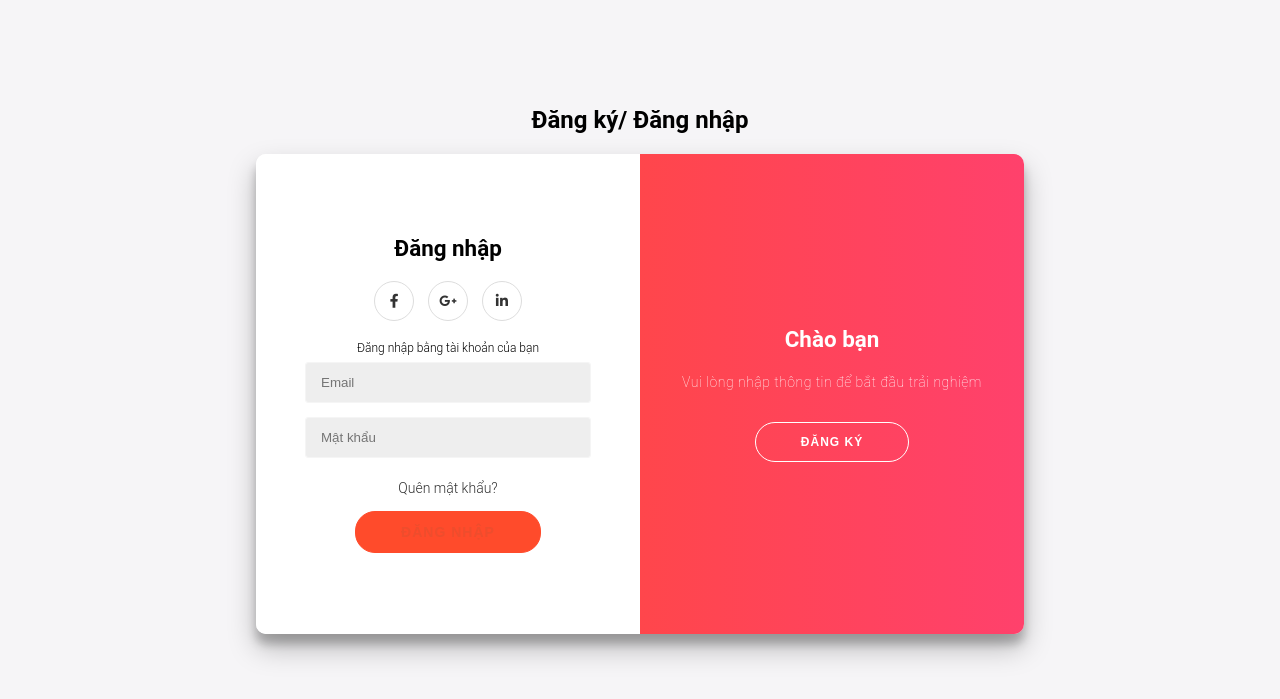
Repository: Qson412/BTL_Web
Page: test.html
These files come from the project's save history. The page is drawn as it stood at one moment and after the next save; the edit follows.
The browser window is 1280 px wide. The pictures show the whole page.

Above is the page before, as saved 2021-12-02 08:49:07.

### test.html
<!DOCTYPE html>
<html lang="en">
<head>
    <meta charset="UTF-8">
    <meta http-equiv="X-UA-Compatible" content="IE=edge">
    <meta name="viewport" content="width=device-width, initial-scale=1.0">
    <link rel="stylesheet" href="test.css">
    <link rel="stylesheet" href="main.css">
    <link rel="stylesheet" href="./base.css">
    <link rel="stylesheet" href="./fontawesome-free-5.15.4-web/css/all.min.css">
    <title>Đăng ký/Đăng nhập</title>
</head>
<body>

    <h2>Đăng ký/ Đăng nhập</h2>
    <div class="container" id="container">
        <div class="form-container sign-up-container">
            <form action="#">
                <h1>Tạo tài khoản</h1>
                <div class="social-container">
                    <a href="#" class="social"><i class="fab fa-facebook-f"></i></a>
                    <a href="#" class="social"><i class="fab fa-google-plus-g"></i></a>
                    <a href="#" class="social"><i class="fab fa-linkedin-in"></i></a>
                </div>
                <span>hoặc đăng ký bằng email</span>
                <input type="text" placeholder="Tên đăng nhập" />
                <input type="email" placeholder="Email" />
                <input type="password" placeholder="Nhập mật khẩu" />
                <input type="password" placeholder="Nhập lại mật khẩu" />
                <button><a href="index.html" class="register__login">Đăng ký</a> </button>
            </form>
        </div>
        <div class="form-container sign-in-container">
            <form action="#">
                <h1>Đăng nhập</h1>
                <div class="social-container">
                    <a href="#" class="social"><i class="fab fa-facebook-f"></i></a>
                    <a href="#" class="social"><i class="fab fa-google-plus-g"></i></a>
                    <a href="#" class="social"><i class="fab fa-linkedin-in"></i></a>
                </div>
                <span>Đăng nhập bằng tài khoản của bạn</span>
                <input type="email" placeholder="Email" />
                <input type="password" placeholder="Mật khẩu" />
                <a href="#">Quên mật khẩu?</a>
                <button><a href="./index.html" class="register__login">Đăng nhập</a> </button>
            </form>
        </div>
        <div class="overlay-container">
            <div class="overlay">
                <div class="overlay-panel overlay-left">
                    <h1>Chào mừng quay lại</h1>
                    <p>Vui lòng điền thông tin của bạn để tạo tài khoản</p>
                    <button class="ghost" id="signIn">Đăng nhập</button>
                </div>
                <div class="overlay-panel overlay-right">
                    <h1>Chào bạn</h1>
                    <p>Vui lòng nhập thông tin để bắt đầu trải nghiệm</p>
                    <button class="ghost" id="signUp">Đăng ký</button>
                </div>
            </div>
        </div>
    </div>
    <script>
        const signUpButton = document.getElementById('signUp');
        const signInButton = document.getElementById('signIn');
        const container = document.getElementById('container');

        signUpButton.addEventListener('click', () => {
            container.classList.add('right-panel-active');
        });

        signInButton.addEventListener('click', () => {
            container.classList.remove('right-panel-active');
        });
    </script>
</body>
</html>

### test.css
@import url('https://fonts.googleapis.com/css?family=Montserrat:400,800');

* {
    box-sizing: border-box;
}

body {
    background: #f6f5f7;
    display: flex;
    justify-content: center;
    align-items: center;
    flex-direction: column;
    font-family: 'Montserrat', sans-serif;
    height: 100vh;
    margin: -20px 0 50px;
}

h1 {
    font-size: 1.4rem;
    font-weight: bold;
    margin: 0;
}

h2 {
    text-align: center;
}

p {
    font-size: 14px;
    font-weight: 100;
    line-height: 20px;
    letter-spacing: 0.5px;
    margin: 20px 0 30px;
}

span {
    font-size: 12px;
}

a {
    color: #333;
    font-size: 14px;
    text-decoration: none;
    margin: 15px 0;

}

button {
    border-radius: 20px;
    border: 1px solid #FF4B2B;
    background-color: #FF4B2B;
    color: #FFFFFF;
    font-size: 12px;
    font-weight: bold;
    padding: 12px 45px;
    letter-spacing: 1px;
    text-transform: uppercase;
    transition: transform 80ms ease-in;
}

button:active {
    transform: scale(0.95);
}

button:focus {
    outline: none;
}

button.ghost {
    background-color: transparent;
    border-color: #FFFFFF;
}

form {
    background-color: #FFFFFF;
    display: flex;
    align-items: center;
    justify-content: center;
    flex-direction: column;
    padding: 0 50px;
    height: 100%;
    text-align: center;
}

input {
    border-radius: 2px;
    outline: 1px solid #f5f5f5;
    background-color: #eee;
    border: none;
    padding: 12px 15px;
    margin: 8px 0;
    width: 100%;
}

.container {
    background-color: #fff;
    border-radius: 10px;
    box-shadow: 0 14px 28px rgba(0, 0, 0, 0.25),
        0 10px 10px rgba(0, 0, 0, 0.22);
    position: relative;
    overflow: hidden;
    width: 768px;
    max-width: 100%;
    min-height: 480px;
}

.form-container {
    position: absolute;
    top: 0;
    height: 100%;
    transition: all 0.6s ease-in-out;
}

.sign-in-container {
    left: 0;
    width: 50%;
    z-index: 2;
}

.container.right-panel-active .sign-in-container {
    transform: translateX(100%);
}

.sign-up-container {
    left: 0;
    width: 50%;
    opacity: 0;
    z-index: 1;
}

.container.right-panel-active .sign-up-container {
    transform: translateX(100%);
    opacity: 1;
    z-index: 5;
    animation: show 0.6s;
}

@keyframes show {

    0%,
    49.99% {
        opacity: 0;
        z-index: 1;
    }

    50%,
    100% {
        opacity: 1;
        z-index: 5;
    }
}

.overlay-container {
    position: absolute;
    top: 0;
    left: 50%;
    width: 50%;
    height: 100%;
    overflow: hidden;
    transition: transform 0.6s ease-in-out;
    z-index: 100;
}

.container.right-panel-active .overlay-container {
    transform: translateX(-100%);
}

.overlay {
    background: #FF416C;
    background: -webkit-linear-gradient(to right, #FF4B2B, #FF416C);
    background: linear-gradient(to right, #FF4B2B, #FF416C);
    background-repeat: no-repeat;
    background-size: cover;
    background-position: 0 0;
    color: #FFFFFF;
    position: relative;
    left: -100%;
    height: 100%;
    width: 200%;
    transform: translateX(0);
    transition: transform 0.6s ease-in-out;
}

.container.right-panel-active .overlay {
    transform: translateX(50%);
}

.overlay-panel {
    position: absolute;
    display: flex;
    align-items: center;
    justify-content: center;
    flex-direction: column;
    padding: 0 40px;
    text-align: center;
    top: 0;
    height: 100%;
    width: 50%;
    transform: translateX(0);
    transition: transform 0.6s ease-in-out;
}

.overlay-left {
    transform: translateX(-20%);
}

.container.right-panel-active .overlay-left {
    transform: translateX(0);
}

.overlay-right {
    right: 0;
    transform: translateX(0);
}

.container.right-panel-active .overlay-right {
    transform: translateX(20%);
}

.social-container {
    margin: 20px 0;
}

.social-container a {
    border: 1px solid #DDDDDD;
    border-radius: 50%;
    display: inline-flex;
    justify-content: center;
    align-items: center;
    margin: 0 5px;
    height: 40px;
    width: 40px;
}
.register__login{
    text-decoration: none;
    color: var(--primary-color);
}
footer {
    background-color: #222;
    color: #fff;
    font-size: 14px;
    bottom: 0;
    position: fixed;
    left: 0;
    right: 0;
    text-align: center;
    z-index: 999;
}

footer p {
    margin: 10px 0;
}

footer i {
    color: red;
}

footer a {
    color: #3c97bf;
    text-decoration: none;
}

### base.css
body{
    margin: 0;
    padding: 0;
    font-family: 'Roboto' , sans-serif;
    font-weight: 300;
}
/* Responsive */
.grid{
    width: 1200px;
    max-width: 100%;
    margin: 0 auto;
}

.grid__full-width{
    width: 100%;
}

.grid__row{
    display: flex;
    /* flex-wrap: wrap; */
    margin-left: -5px;
    margin-right: -5px;
}


/* Test */
.grid__column-2{
    padding-left: 5px;
    padding-right: 5px;
    width: 16.6667%;
}

.grid__column-2-4{
    padding-left: 5px;
    padding-right: 5px;
    width: 20%;
}
.grid__column-10{
    padding-left: 5px;
    padding-right: 5px;
    width: 83.3334%;

}
/* Animation */
@keyframes fadeIn{
    from{
        opacity: 0;
    }
    to{
        opacity: 1;
    }
}


@keyframes growth{
    from{
        transform: scale(var(--growth-from));
    }
    to{
        transform: scale(var(--growth-to));
    }
}
/* Bien ma mau*/
:root{
    --primary-color: #ee4d2d;
    --border-color: #dbdbdb;
    --navbar-height: 34px;
    --header-height:120px;
    --header-with-search-height: calc(var(--header-height) - var(--navbar-height));
}

/* Modal */
.modal{
    position: fixed;
    top: 0;
    right: 0;
    left: 0;
    bottom: 0;
    /* DangKy Dang Nhap DisPlay= none */
    display: none;
    animation: fadeIn linear 0.1s;
}

.modal__overlay{
    position: absolute;
    width: 100%;
    height: 100%;
    background-color: rgba(0,0,0, 0.4);
}

.modal__body{
    --growth-from: 0.7;
    --growth-to: 1;
    z-index: 1;
    position: relative;
    animation: growth linear 0.2s;
    margin: auto;
}
/* Button style */
.btn{
    min-width: 124px;
    height: 36px;
    text-decoration: none;
    border: none;
    border-radius: 2px;
    font-size: 1rem;
    padding: 0 12px;
    outline: none;
    cursor: pointer;
   color: black;
   display:inline-flex ;
   align-items: center;
   justify-content: center;
   background-color: white;
   line-height: 1.4rem;

}

.btn.btn--normal:hover{
    background-color: rgba(0,0,0, 0.05);
}

.btn.btn--size-s{
    padding: 0 8px;
    height: 30px;
    font-size: 12px;
}
.btn.btn--primary{
    color: white;
    background-color: var(--primary-color);
}

.btn.btn--disabled{
    color: #949494;
    cursor: default;
    background-color: #c3c3c3;
    filter: brightness(80%);
}
/* Selection */
.select-input{
    position: relative;
    min-width:200px;
    height: 34px;
    padding: 0 12px;
    border-radius: 2px;
    background-color: white;
    display: flex;
    align-items: center;
    justify-content: space-between;
    box-shadow: 0 0 3px #d3d3d3;
}

.select-input__label{
    font-size: .9rem;
    color: #333;
}

.select-input__icon{
    color: #4a4a4a;
    font-size: .9rem;

    position: relative;
    top: 1px;
}
.select-input:hover .select-input__list{
    display: block;
}
.select-input__list{
    z-index: 1;
    position: absolute;
    left: 0;
    right: 0;
    top: 20px;
    border-radius: 2px;
    background-color: white;
    padding: 8px 16px;
    list-style: none;
    display: none;
}

.select-input__link{
    font-size: .9rem;
    color: #333;
    text-decoration: none;
    display: block;
    padding: 4px 0;
}

.select-input__link:hover{
    color: var(--primary-color);
}

/* Pagination */

.pagination {
    display: flex;
    align-items: center;
    justify-content: center;
    list-style: none;
}
.pagination-item{
    margin: 0 8px;
}

.pagination-item--active .pagination-item__link{
    color: white;
    background-color: var(--primary-color);
}

.pagination-item--active .pagination-item__link:hover{
    background-color: #ed5c3f;
}
.pagination-item__link{
    --height: 30px;
    text-align: center;
    display: block;
    text-decoration: none;
    font-size: 1.2rem;
    color: #939393;
    min-width: 40px;
     height:var(--height);
    line-height:var(--height);
   border-radius: 2px;
}

/* Footer */
.footer{
    padding-top: 16px;
    border-top: 4px solid var(--primary-color);
    background-color: white;
}

.footer__heading{
    font-size: 0.8rem;
    font-weight: 600;
    text-transform: uppercase;
    color: #333;
}

.footer-list{
    list-style: none;
    padding-left: 0;
}

.footer-item__link{
    text-decoration: none;
    font-size: 0.9rem;
    color: #666;
    padding: 2px 0;
    display: flex;
    align-items: center;
}

.footer-item__link:hover{
    color: var(--primary-color);
}

.footer-item__icon{
    font-size: 1rem;
    margin-right: 6px;
}

.footer__download{
    display: flex;
}

.footer__download-qr{
    width: 80px;
    object-fit: contain;
    border: 1px solid var(--border-color);
}

.footer__download-apps{
    margin-left: 16px;
    display: flex;
    justify-content: center;
    flex-direction: column;
}

.footer__dowload-app-img{
    height: 20px;
}

.footer__dowload-app__link{
    text-decoration: none;
    color: transparent;
}

Loaded but not shown: fontawesome-free-5.15.4-web/css/all.min.css (library); main.css (1234 lines, source omitted)

After the next save:
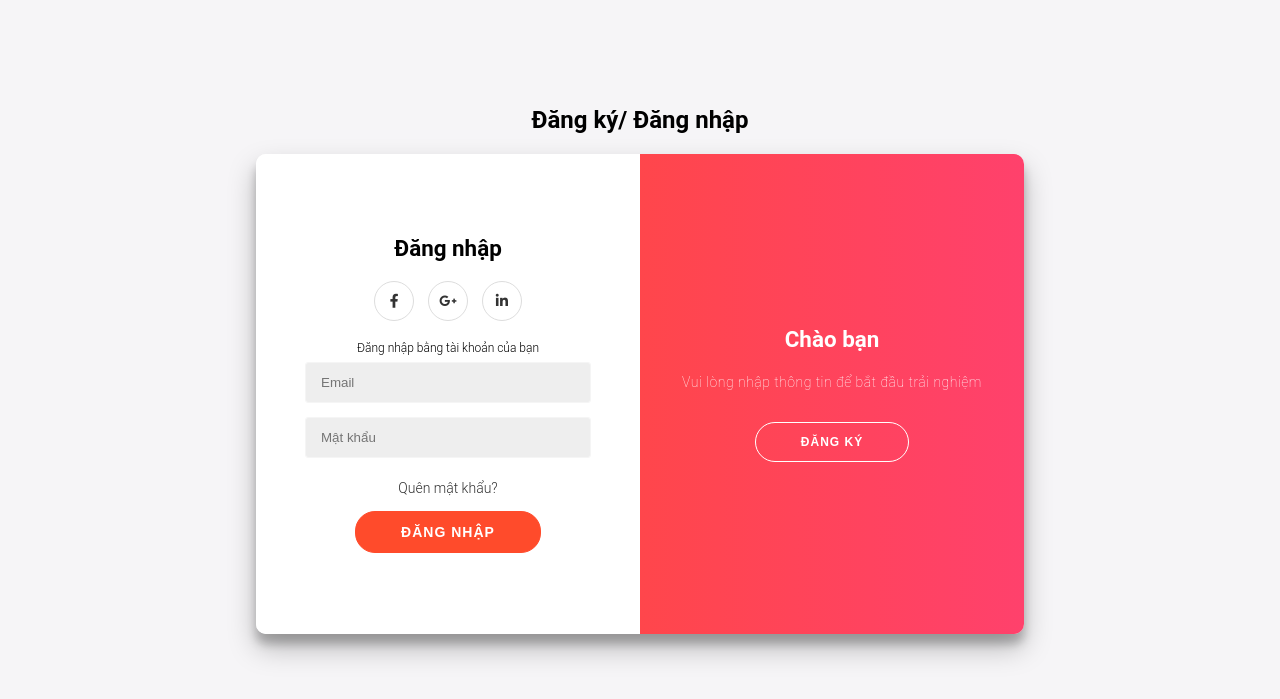
Saved 12 s later.
--- a/test.css
+++ b/test.css
@@ -233,7 +233,7 @@ input {
 }
 .register__login{
     text-decoration: none;
-    color: var(--primary-color);
+    color: white;
 }
 footer {
     background-color: #222;
